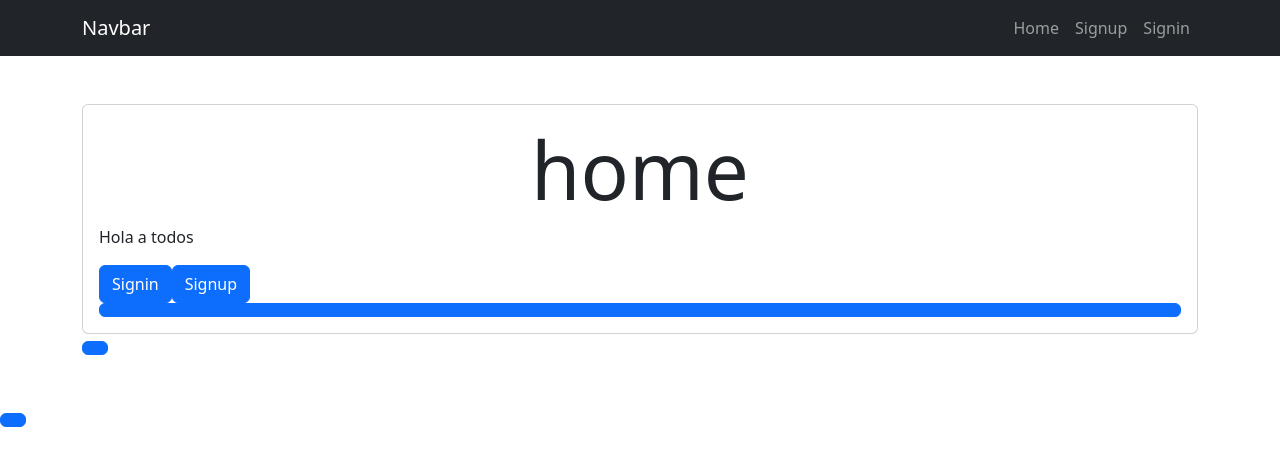
Repository: dbettancourt/django-auth-crud
Page: http://localhost/
An editor plug-in stored every save of this project. The page is shown before and after the next save, followed by the edit.
The browser window is 1280 px wide. The pictures show the whole page.
The page is served by the project's application, run on Django 4.2 (manage.py).

Above is the page before, as saved 2023-06-06 10:28:50.

After the next save:
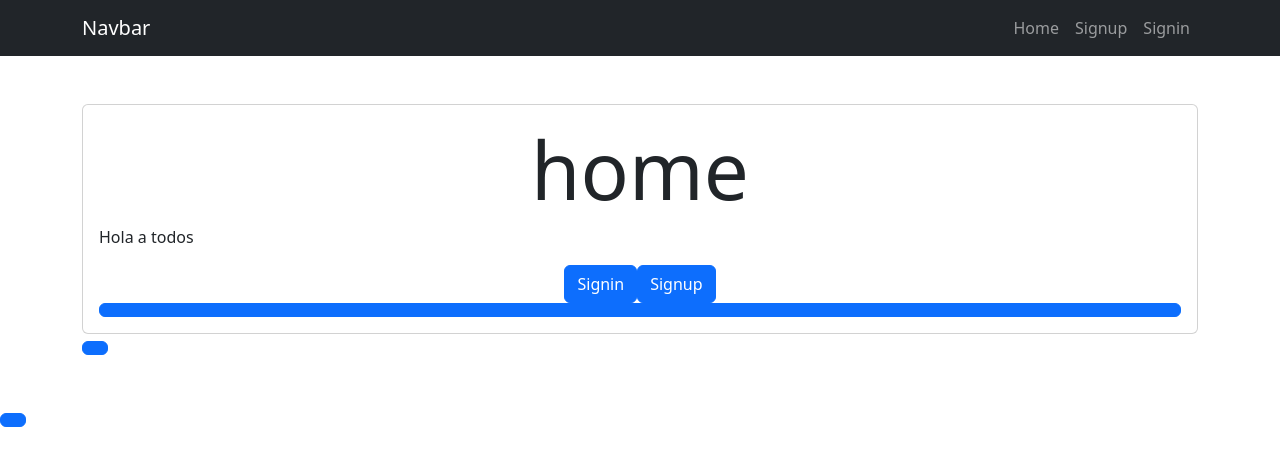
Saved 67 s later.
--- a/tasks/templates/home.html
+++ b/tasks/templates/home.html
@@ -7,7 +7,7 @@
         <h1 class="display-1 text-center">home</h1>
         <p>Hola a todos</p>
 
-        <div>
+        <div class="text-center">
             <a class="btn btn-primary" href="/signin/">
                 Signin
             </button>
